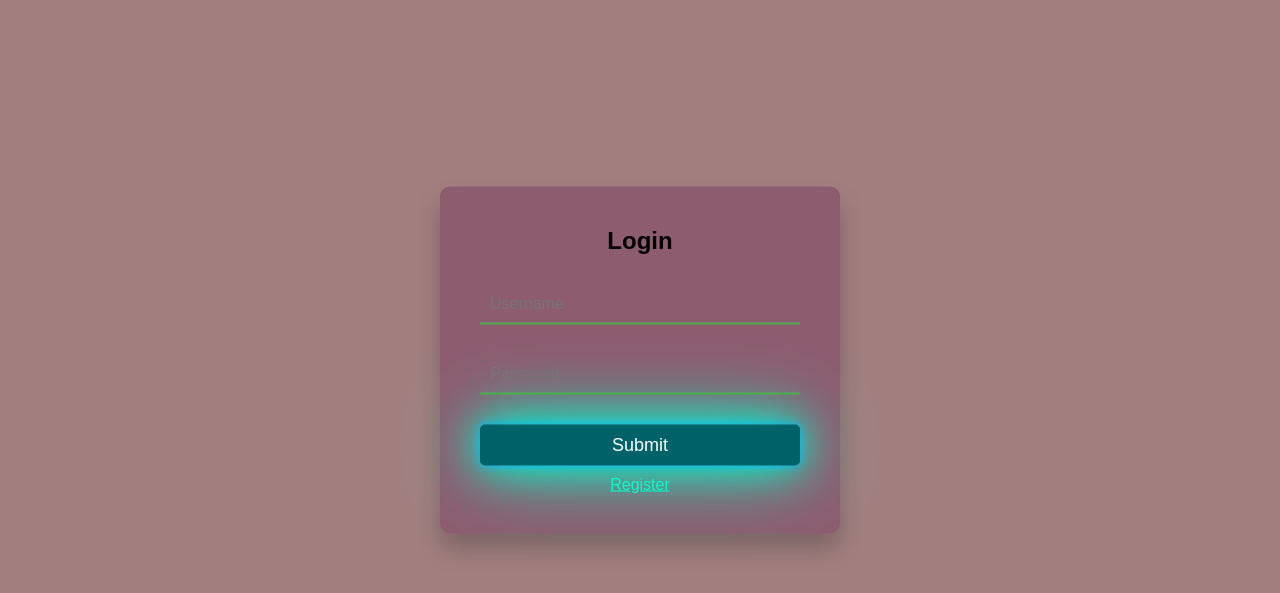
Repository: SRBshakib/Safe-Food---DBMS-project
Page: Organaization/login.html
An editor plug-in stored every save of this project. The page is shown before and after the next save, followed by the edit.
The browser window is 1280 px wide. The pictures show the whole page.
The pointer rests on the first visible `.btn`.

Above is the page before, as saved 2024-11-10 21:58:54.

### Organaization/login.html
<!DOCTYPE html>
<html lang="en">
<head>
    <meta charset="UTF-8">
    <meta name="viewport" content="width=device-width, initial-scale=1.0">
    <title>Welcome to our organization</title>
    <link rel="stylesheet" href="style_login.css"> <!-- Link to the CSS file -->
</head>
<body>
    <div class="login-box">
        <h2>Login</h2>
        <form>
            <div class="textbox">
                <input type="text" placeholder="Username" required>
            </div>
            <div class="textbox">
                <input type="password" placeholder="Password" required>
            </div>
            <button type="submit" class="btn">Submit</button>
            <p class="register">Register</p>
        </form>
    </div>
</body>
</html>

### Organaization/style_login.css

*{

    margin: 0;
    padding: 0;
    box-sizing: border-box;
    font-family: Arial, sans-serif;
}

body {
    display: flex;
    justify-content: center;
    align-items: center;
    height: 100vh;
    background-color: #46000080;
    color: rgb(0, 0, 0);
}

.login-box {
    position: absolute;
    top: 50%;
    left: 50%;
    width: 400px;
    padding: 40px;
    transform: translate(-50%, -50%);
    background: rgba(94, 7, 72, 0.281);
    box-shadow: 0 15px 25px rgba(0, 0, 0, 0.219);
    border-radius: 10px;
    text-align: center;
}

.login-box h2 {
    margin-bottom: 30px;
}

.textbox {
    position: relative;
    margin-bottom: 30px;
    border-bottom: 2px solid #4caf50;
}

.textbox input {
    width: 100%;
    padding: 10px;
    font-size: 16px;
    background: none;
    border: none;
    outline: none;
    color: #fff;
}

.btn {
    display: inline-block;
    width: 100%;
    padding: 10px;
    background: #4caf50;
    border: none;
    outline: none;
    color: #fff;
    font-size: 18px;
    cursor: pointer;
    border-radius: 5px;
    transition: background 0.3s, box-shadow 0.3s;
}

.btn:hover {
    background: #006269;
    box-shadow: 0 0 10px #00b7ff, 0 0 40px #00ffcc, 0 0 80px #00ffcc;
}

.register {
    color: #00ffcc;
    cursor: pointer;
    margin-top: 10px;
    text-decoration: underline;
}

After the next save:
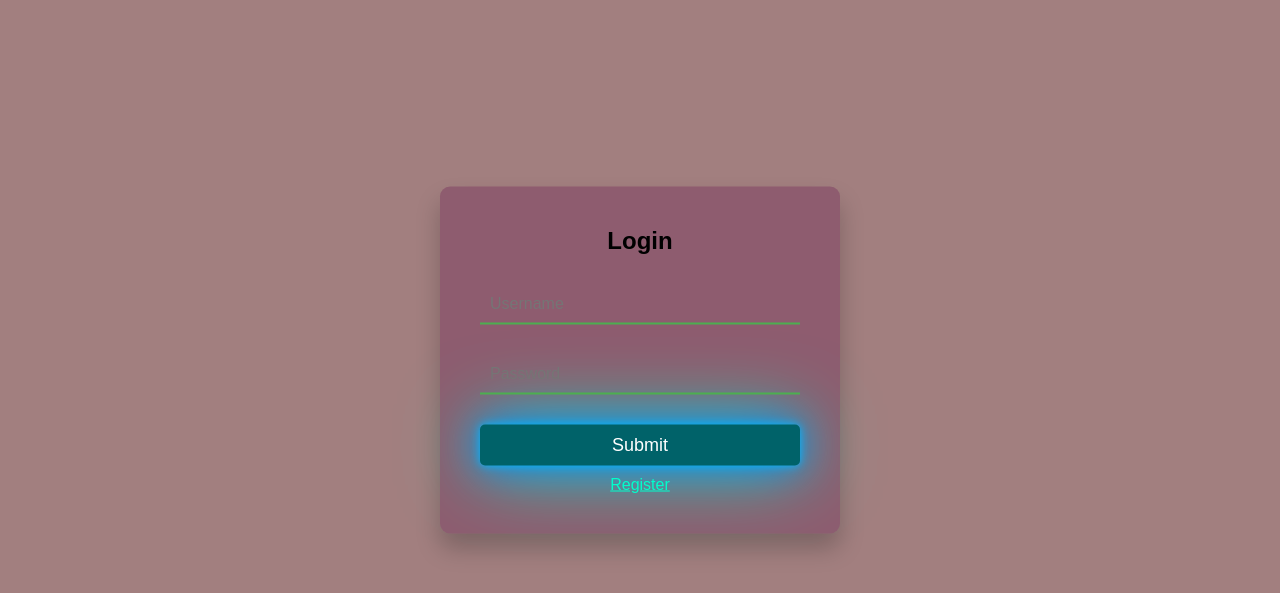
Saved 9 s later.
--- a/Organaization/style_login.css
+++ b/Organaization/style_login.css
@@ -65,7 +65,7 @@ body {
 
 .btn:hover {
     background: #006269;
-    box-shadow: 0 0 10px #00b7ff, 0 0 40px #00ffcc, 0 0 80px #00ffcc;
+    box-shadow: 0 0 10px #00b7ff, 0 0 40px #008cff, 0 0 80px #00ffcc;
 }
 
 .register {
